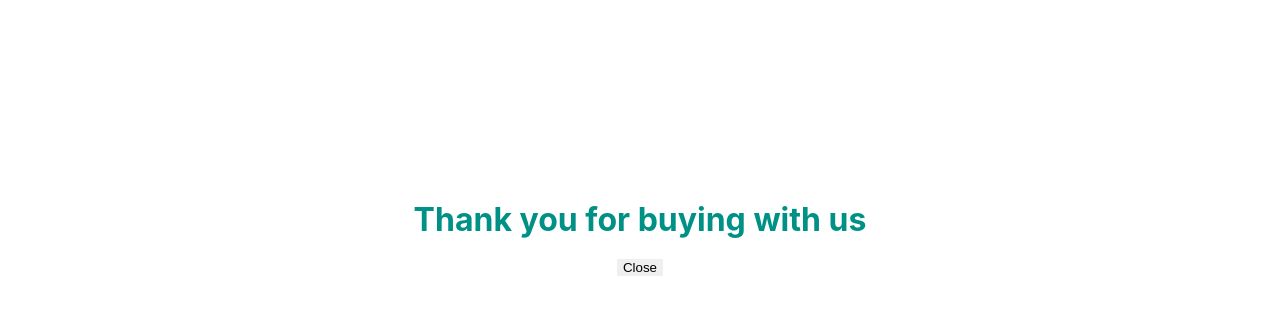
Repository: Yowani24/ecocarbon
Page: /successPage
These files come from the project's save history. The page is drawn as it stood at one moment and after the next save; the edit follows.
The browser window is 1280 px wide. The pictures show the whole page.
The project was rebuilt for these pictures with package versions that can differ from the ones it lists, and the page was loaded fresh each time. The framework's server and built-in components were replaced by stand-ins that run in the browser. Also part of the build but not shown: next.config.js.

Above is the page before, as saved 2021-09-29 20:40:45.

### pages/_app.js
import '../styles/globals.css'
import { CreditProvider } from './product/CreditList'

function MyApp({ Component, pageProps }) {
  return (
    <CreditProvider>
      <Component {...pageProps} />
    </CreditProvider>
  )
}

export default MyApp

### pages/successPage.js
import React from 'react';

export default function successPage(props) {
    return (
        <div className="thank_you_message">
            <h1>Thank you for buying with us</h1>
            <button>Close</button>
        </div>
    );
}

### styles/globals.css
html,
body {
  padding: 0;
  margin: 0;
  font-family: -apple-system, BlinkMacSystemFont, Segoe UI, Roboto, Oxygen,
    Ubuntu, Cantarell, Fira Sans, Droid Sans, Helvetica Neue, sans-serif;
}

a {
  color: inherit;
  text-decoration: none;
}

* {
  margin: 0;
  box-sizing: border-box;
}

.thank_you_message{
  display: flex;
  flex-direction: column;
  justify-content: center;
  align-items: center;
  color: #009186;
  padding-top: 200px;
}

.thank_you_message button{
  margin-top: 20px;
  border: none;
}

### pages/product/CreditList.js
import React, { useState, createContext } from 'react';

export const CreditList = createContext();

export const CreditProvider = (props) => {
    const [credit, setCredit] = useState([
        {
            id: '1',
            product: 'Carbon Credit',
            price: 120,
            description: 'More details goes here like description',
        },
        {
            id: '2',
            product: 'Carbon Credit',
            price: 120,
            description: 'More details about the product'
        },
        {
            id: '3',
            product: 'Carbon Credit',
            price: 120,
            description: 'More details for the items'
        },
        {
            id: '4',
            product: 'Carbon Credit',
            price: 120,
            description: 'More details to provide about carb cred',
        }

    ]);

    const [cartItems, setCartItems] = useState([]);

    const onAdd = (credit) => {
        const exist = cartItems.find((x) => x.id === credit.id);
        if(exist) {
            setCartItems(cartItems.map((x) => x.id === credit.id ? {...exist, quantity: exist.quantity + 1} : x));
        }else{
            setCartItems([...cartItems, {...credit, quantity: 1}])
        }
    }

    const onRemove = (credit) => {
        const exist = cartItems.find((x) => x.id === credit.id);
        if(exist.quantity === 1) {
            setCartItems(cartItems.filter((x) => x.id !== credit.id));
        }else{
            setCartItems(cartItems.map((x) => x.id === credit.id ? {...exist, quantity: exist.quantity - 1} : x));
        }
    }

    return (
        <CreditList.Provider value={{credits:[credit, setCredit], cartContent:[cartItems, setCartItems], onAdd: onAdd, onRemove:onRemove }}>
            {props.children}
        </CreditList.Provider>
    );
}

After the next save:
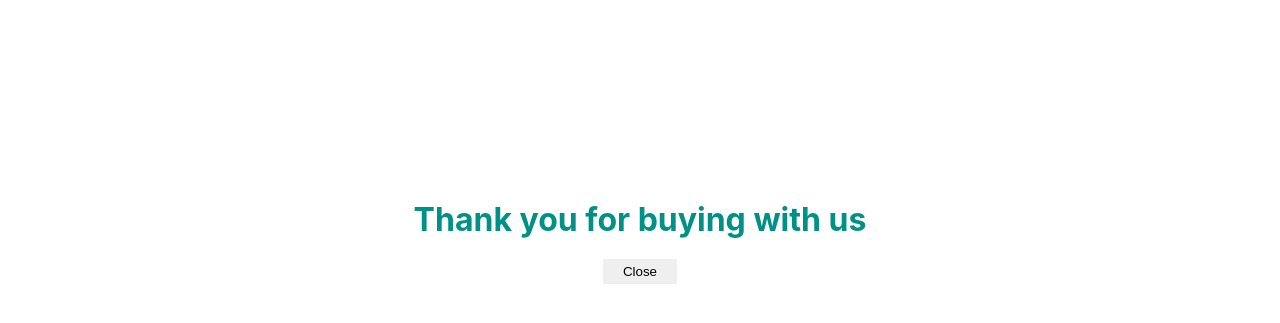
Saved 14 s later.
--- a/styles/globals.css
+++ b/styles/globals.css
@@ -28,4 +28,5 @@ a {
 .thank_you_message button{
   margin-top: 20px;
   border: none;
+  padding: 5px 20px;
 }
